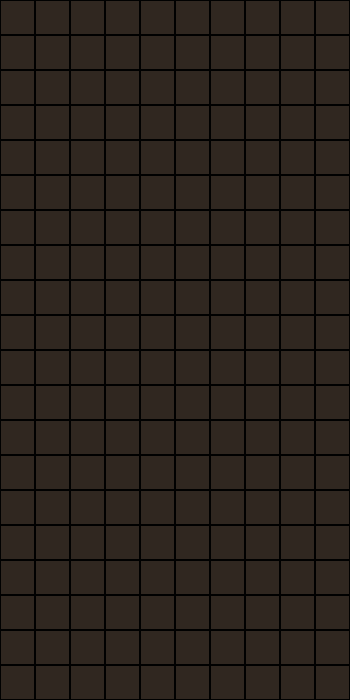
Repository: lucacdev/Tetris
Script's output: python main.py
An editor plug-in stored every save of this project. The script's output is shown before and after the next save, followed by the edit.
The window is shown after at most 60 frames with no key pressed. Random numbers start from a fixed seed.

Above is the script's output before, as saved 2024-02-29 19:06:01.

### main.py
from settings import *
from tetris import Tetris
import sys

class App:
    def __init__(self):
        pg.init()
        pg.display.set_caption('Tetris')
        self.screen = pg.display.set_mode(FIELD_RES)
        self.clock = pg.time.Clock()
        self.set_timer()
        self.tetris = Tetris(self)

    def set_timer(self):
        self.user_event = pg.USEREVENT
        self.anim_trigger = False
        pg.time.set_timer(self.user_event, ANIM_TIME_INTERVAL)

    def update(self):
        self.tetris.update()
        self.clock.tick(FPS)

    def draw(self):
        self.screen.fill(color=FIELD_COLOUR)
        self.tetris.draw()
        pg.display.flip()

    def check_events(self):
        self.anim_trigger = False
        for event in pg.event.get():
            if event.type == pg.QUIT or (event.type == pg.KEYDOWN and event.key == pg.K_ESCAPE):
                pg.quit()
                sys.exit()
            elif event.type == pg.KEYDOWN:
                self.tetris.control(pressed_key=event.key)
            elif event.type == self.user_event:
                self.anim_trigger = True

    def run(self):
        while True:
            self.check_events()
            self.update()
            self.draw()

if __name__ == '__main__':
    app = App()
    app.run()

### settings.py
import pygame as pg

vec = pg.math.Vector2

FPS = 60
FIELD_COLOUR = (48, 39, 32)

ANIM_TIME_INTERVAL = 150 # ms

TILE_SIZE = 35
FIELD_SIZE = FIELD_W, FIELD_H = 10, 20
FIELD_RES = FIELD_W * TILE_SIZE, FIELD_H * TILE_SIZE

INIT_POS_OFFSET = vec(FIELD_W // 2 - 1, 0)
MOVE_DIRECTIONS = {'left': vec(-1, 0), 'right': vec(1, 0), 'down': vec(0, 1)}

TETROMINOES = {
    'O' : [(0, 0), (0, -1), (1, 0), (1, -1)],
    'I' : [(0, 0), (0, 1), (0, -1), (0, -2)],
    'S' : [(0, 0), (-1, 0), (0, -1), (1, -1)],
    'Z' : [(0, 0), (1, 0), (0, -1), (-1, -1)],
    'L' : [(0, 0), (1, 0), (0, -1), (0, -2)],
    'J' : [(0, 0), (-1, 0), (0, -1), (0, -2)],
    'T' : [(0, 0), (-1, 0), (1, 0), (0, -1)]
}

### tetris.py
from settings import *
import math
from tetromino import Tetromino

class Tetris:
    def __init__(self, app):
        self.app = app
        self.sprite_group = pg.sprite.Group()
        self.tetromino = Tetromino(self)

    def control(self, pressed_key):
        if pressed_key == pg.K_LEFT:
            self.tetromino.move(direction='left')
        elif pressed_key == pg.K_RIGHT:
            self.tetromino.move(direction='right')

    def draw_grid(self):
        for x in range (FIELD_W):
            for y in range (FIELD_H):
                pg.draw.rect(self.app.screen, 'black',
                             (x * TILE_SIZE, y * TILE_SIZE, TILE_SIZE, TILE_SIZE), 1)

    def update(self):
        self.tetromino.update()
        self.sprite_group.update()

    def draw(self):
        self.draw_grid()
        self.sprite_group.draw(self.app.screen)

### tetromino.py
from settings import *
import random

class Block(pg.sprite.Sprite):
    def __init__(self, tetromino, pos):
        self.tetromino = tetromino
        self.pos = vec(pos) + INIT_POS_OFFSET

        super().__init__(tetromino.tetris.sprite_group)
        self.image = pg.Surface([TILE_SIZE, TILE_SIZE])
        self.image.fill('blue')
        self.rect = self.image.get_rect()

    def set_rect_pos(self):
        self.rect.topleft = self.pos * TILE_SIZE

    def update(self):
        self.set_rect_pos()

class Tetromino:
    def __init__(self, tetris):
        self.tetris = tetris
        self.shape = random.choice(list(TETROMINOES.keys()))
        self.blocks = [Block(self, pos) for pos in TETROMINOES[self.shape]]

    def move(self, direction):
        move_direction = MOVE_DIRECTIONS[direction]
        for block in self.blocks:
            block.pos += move_direction

    def update(self):
        self.move(direction='down')
        pg.time.wait(200)

After the next save:
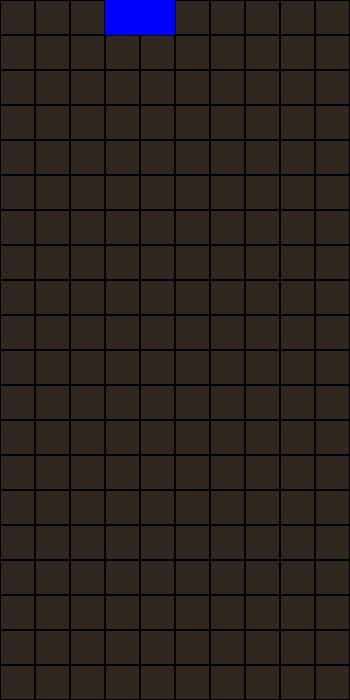
Saved 76 s later.
--- a/tetris.py
+++ b/tetris.py
@@ -21,7 +21,8 @@
                              (x * TILE_SIZE, y * TILE_SIZE, TILE_SIZE, TILE_SIZE), 1)
 
     def update(self):
-        self.tetromino.update()
+        if self.app.anim_trigger:
+            self.tetromino.update()
         self.sprite_group.update()
 
     def draw(self):
